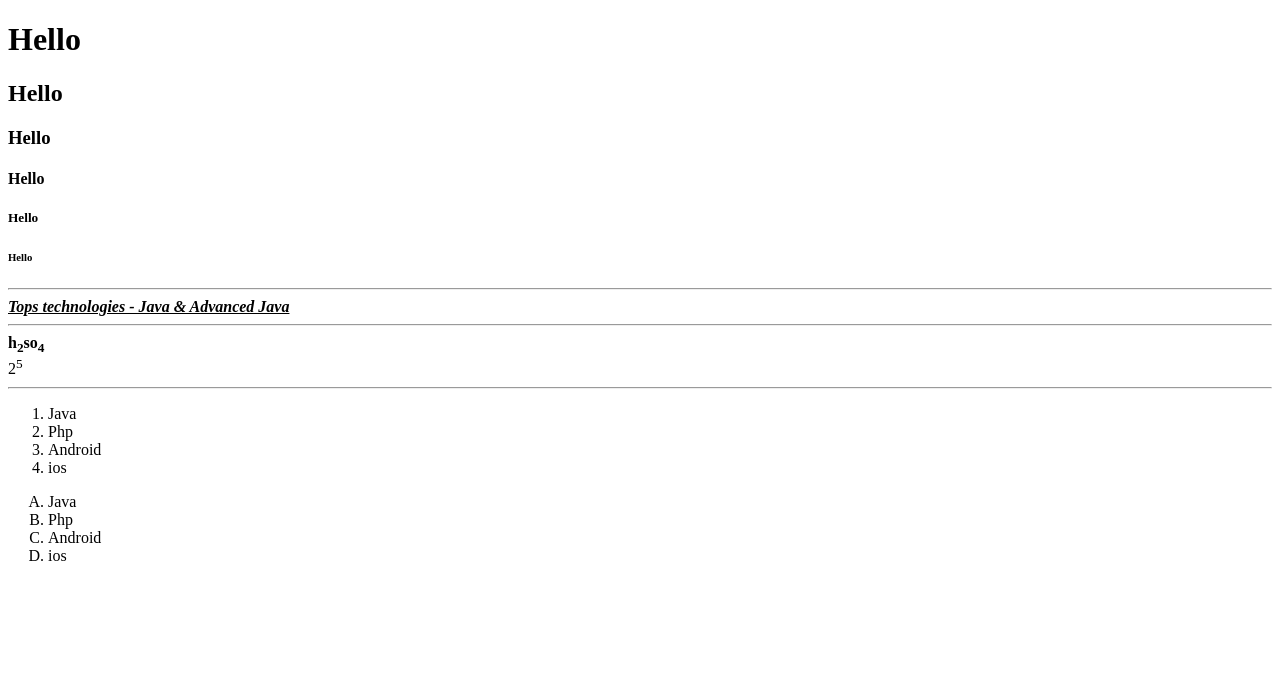
Repository: Chintan-elite/Java_Shail
Page: Learning_web/src/main/webapp/index.html
The author's editor kept a copy of each file at every save. The page is drawn from the files as they stood at one save, then again after the next save.
The browser window is 1280 px wide. The pictures show the whole page.

Above is the page before, as saved 2023-09-08 12:04:55.

After the next save:
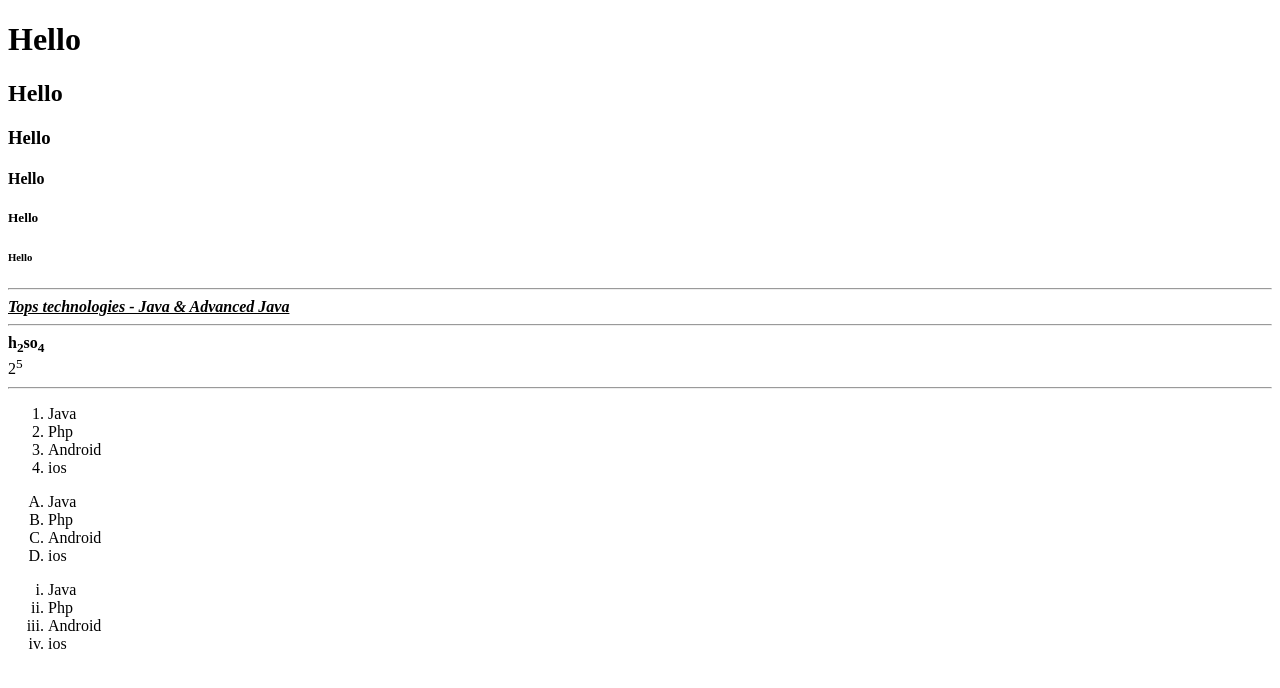
Saved 14 s later.
--- a/Learning_web/src/main/webapp/index.html
+++ b/Learning_web/src/main/webapp/index.html
@@ -38,7 +38,12 @@
 	<li>ios</li>
 	</ol>
 
-
+	<ol type="i">
+	<li>Java</li>
+	<li>Php</li>
+	<li>Android</li>
+	<li>ios</li>
+	</ol>
 
 
 
